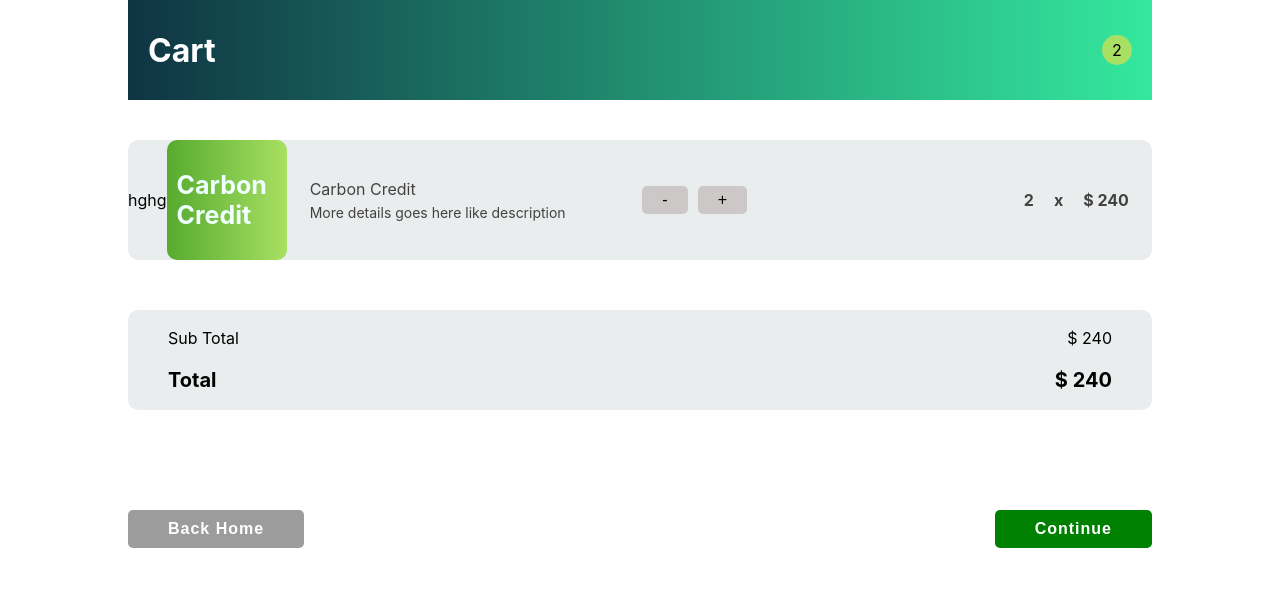
Repository: Yowani24/CarbonApp
Page: /cart
The author's editor kept a copy of each file at every save. The page is drawn from the files as they stood at one save, then again after the next save.
The browser window is 1280 px wide. The pictures show the whole page.
The project was rebuilt for these pictures with package versions that can differ from the ones it lists, and the page was loaded fresh each time. The framework's server and built-in components were replaced by stand-ins that run in the browser. Also part of the build but not shown: next.config.js.

Above is the page before, as saved 2021-09-27 12:13:14.

### pages/_app.js
import { useState } from 'react';
import '../styles/globals.css'
import { CreditProvider } from './products/CreditList'

function MyApp({ Component, pageProps }) {
  return (
    <CreditProvider>
      <Component {...pageProps} />
    </CreditProvider>
  );
}

export default MyApp

### pages/cart/index.js
import React from 'react';
import Head from 'next/head'

import styles from './Cart.module.css'
import Link from 'next/link'

import { CreditList } from '../products/CreditList'
import { useContext } from 'react'

export default function Cart(props) {
    const {cartContent} = useContext(CreditList);
    const [cartItems, setCartItems] = cartContent;
    return (
        <>
          <Head>
              <title>Cart</title>
          </Head>
          <header>
              <div className={styles.interface}>
                    <div className={styles.header_content}>
                        <h1>Cart</h1>
                        <p>2</p>
                    </div>
              </div>
          </header>

          <section>
              <div className={styles.interface}>
                  <div className={styles.boxes}>
                      <div className={styles.content_box}>
                          hghg
                          <div className={styles.box}>
                              <h3>Carbon Credit</h3>
                          </div>

                          <div className={styles.product_details}>
                            <div className={styles.description}>
                                <p>Carbon Credit</p>
                                <p>More details goes here like description</p>
                            </div>

                            <div className={styles.details_wrapper}>
                                <div className={styles.quantity_controls}>
                                    <button>-</button>
                                    <button>+</button>
                                </div>

                                <div className={styles.current_money}>
                                    <p>2</p>
                                    <span>x</span>
                                    <p>$ 240</p>
                                </div>
                            </div>
                          </div>
                      </div>
                  </div>

                  <div className={styles.total_to_pay_box}>
                      <span>
                          <p>Sub Total</p>
                          <p>$ 240</p>
                      </span>
                      <span>
                          <p>Total</p>
                          <p>$ 240</p>
                      </span>
                  </div>

                  <div className={styles.button_box}>
                      <Link href="/"><button>Back Home</button></Link>
                      <Link href="/payment"><button>Continue</button></Link>
                  </div>
              </div>
          </section>
        </>
    )
}

### styles/globals.css
html,
body {
  padding: 0;
  margin: 0;
  font-family: -apple-system, BlinkMacSystemFont, Segoe UI, Roboto, Oxygen,
    Ubuntu, Cantarell, Fira Sans, Droid Sans, Helvetica Neue, sans-serif;
}

a {
  color: inherit;
  text-decoration: none;
}

* {
  margin: 0;
  box-sizing: border-box;
}

### pages/products/CreditList.js
import React, { useState, createContext } from 'react';

export const CreditList = createContext();

export const CreditProvider = (props) => {
    const [credit, setCredit] = useState([
        {
            id: 1,
            product: 'Carbon Credit',
            price: 120,
            description: 'More details goes here like description'
        },
        {
            id: 2,
            product: 'Carbon Credit',
            price: 120,
            description: 'More details about the product'
        },
        {
            id: 3,
            product: 'Carbon Credit',
            price: 120,
            description: 'More details for the item'
        },
        {
            id: 4,
            product: 'Carbon Credit',
            price: 120,
            description: 'More details to provide about carb cred'
        }

    ]);

    const [cartItems, setCartItems] = useState([
        {
            id: 1,
            product: 'Carbon Credit',
            price: 120,
            description: 'More details goes here like description'
        },
        {
            id: 1,
            product: 'Carbon Credit',
            price: 120,
            description: 'More details goes here like description'
        }
    ]);

    return (
        <CreditList.Provider value={{credits:[credit, setCredit], cartContent:[cartItems, setCartItems] }}>
            {props.children}
        </CreditList.Provider>
    );
}

### pages/cart/Cart.module.css
.interface{
    width: 80%;
    margin: 0 auto;
}

@media (max-width: 780px){
    .interface{
        width: 100%;
    }
}

/* =================HEADER================ */

.header_content{
    display: flex;
    justify-content: space-between;
    align-items: center;
    height: 100px;
    padding: 0 20px;

    background: #34e89e;
    background: -webkit-linear-gradient(to right, #0f3443, #34e89e);
    background: linear-gradient(to right, #0f3443, #34e89e);
}
.header_content h1{
    color: #FFFFFF;
}
.header_content p{
    display: flex;
    justify-content: center;
    align-items:center;
    width: 30px;
    height: 30px;
    border-radius: 100%;
    background: #a8e063;
}

@media (max-width:415px){
    .header_content{
        height: 80px;
    }
}

/* ============================== */
.boxes{
    margin-top: 40px;
}
.content_box{
    width: 100%;
    height: 120px;
    background:rgb(233, 237, 238);
    border-radius: 10px;

    display: flex;
    align-items:center;
}
.box{
    width: 120px;
    height: 100%;
    border-radius: 10px;

    background: #00467F;
    background: -webkit-linear-gradient(to right, #56ab2f , #a8e063);
    background: linear-gradient(to right, #56ab2f , #a8e063);


    display: flex;
    justify-content: center;
    align-items: center;
}
.box h3{
    font-size: 25px;
    width: 100px;
    color: azure;
}
.product_details{
    display: flex;
    justify-content: space-between;
    align-items: center;
    width: 80%;
    margin: 0 auto;
    color: hsl(0, 2%, 26%);
}
.description p:nth-child(2){
    margin-top: 5px;
    font-size: 14px;
}
.details_wrapper{
    width: 60%;

    display: flex;
    align-items: center;
    justify-content: space-between;
}
.quantity_controls button{
    border: none;
    padding: 5px 20px;
    margin: 0 5px;
    border-radius: 5px;
    font-size: 16px;
    background: rgb(204, 200, 200);
    cursor: pointer;
}
.quantity_controls button:active{
    background: rgb(148, 146, 146);
}
.current_money{
    display: flex;
    font-size: 16px;
    font-weight: bold;
}
.current_money span{
    padding: 0 20px;
}

@media (max-width: 780px){
    .content_box{
        height: 120px;
        width: 90%;
        margin: 0 auto;
    }
    .details_wrapper{
        width: 50%;
        margin: 0 auto;
        margin-top: 10px;
    }
}
@media (max-width: 415px){
    .content_box{
        height: 80px;
    }
    .box{
        width: 80px;
    }
    .box h3{
        font-size: 16px;
        width: 60px;
        color: azure;
    }

    .product_details{
        justify-content: center;
        flex-direction: column;
        width: 60%;
    }
    .description{
        width: 100%;
    }
    .description p:first-child{
        font-size: 14px;
    }
    .description p:nth-child(2){
        margin-top: 2px;
        font-size: 9px;
    }
    .details_wrapper{
        width: 100%;
        margin-top: 10px;
    }
    .quantity_controls button{
        padding: 5px 10px;
    }
    .current_money span{
        padding: 0 5px;
    }
}


/* ==================================== */

.total_to_pay_box{
    width: 100%;
    height: 100px;
    background:rgb(233, 237, 238);
    border-radius: 10px;

    display: flex;
    flex-direction: column;
    justify-content: center;
    margin-top: 50px;
    padding: 0 40px;
}

.total_to_pay_box span{
    display: flex;
    justify-content: space-between;
    margin: 10px 0;
}
.total_to_pay_box span:nth-child(2){
    font-weight: bold;
    font-size: 20px;
}

@media (max-width: 780px){
    .total_to_pay_box{
        height: 100px;
        width: 90%;
        margin: 0 auto;
        margin-top: 50px;
    }
}

@media (max-width: 460px){
    .total_to_pay_box{
        height: 80px;
    }
    .total_to_pay_box span{
        margin: 5px 0;
    }
    .total_to_pay_box span:first-child{
        font-size: 14px;
    }
    .total_to_pay_box span:nth-child(2){
        font-size: 16px;
    }
}



/* ===================================== */


.button_box{
    display: flex;
    justify-content: space-between;
    margin-top: 100px;
}
.button_box button:first-child{
    background: rgb(156, 156, 156);
}
.button_box button:first-child:hover{
    background: rgb(122, 120, 120);
}
.button_box button:first-child:active{
    background: rgb(187, 184, 184);
}
.button_box button{
    border: none;
    background: green;
    padding: 10px 40px;
    font-size: 16px;
    color: #FFFFFF;
    letter-spacing: 1px;
    border-radius: 5px;
    cursor: pointer;
    transition: .1s;
    font-weight: bold;
}
.button_box button:nth-child(2):hover{
    background: rgb(1, 92, 1);
}
.button_box button:nth-child(2):active{
    background: rgb(13, 131, 13);
}

@media (max-width: 780px){
    .button_box{
        width: 90%;
        margin: 0 auto;
        margin-top: 40px;
    }
    .button_box button{
        padding: 16px 50px;
        font-size: 16px;
    }
}

@media (max-width: 460px){
    .button_box button{
        padding: 10px 25px;
        font-size: 14px;
    }
}

After the next save:
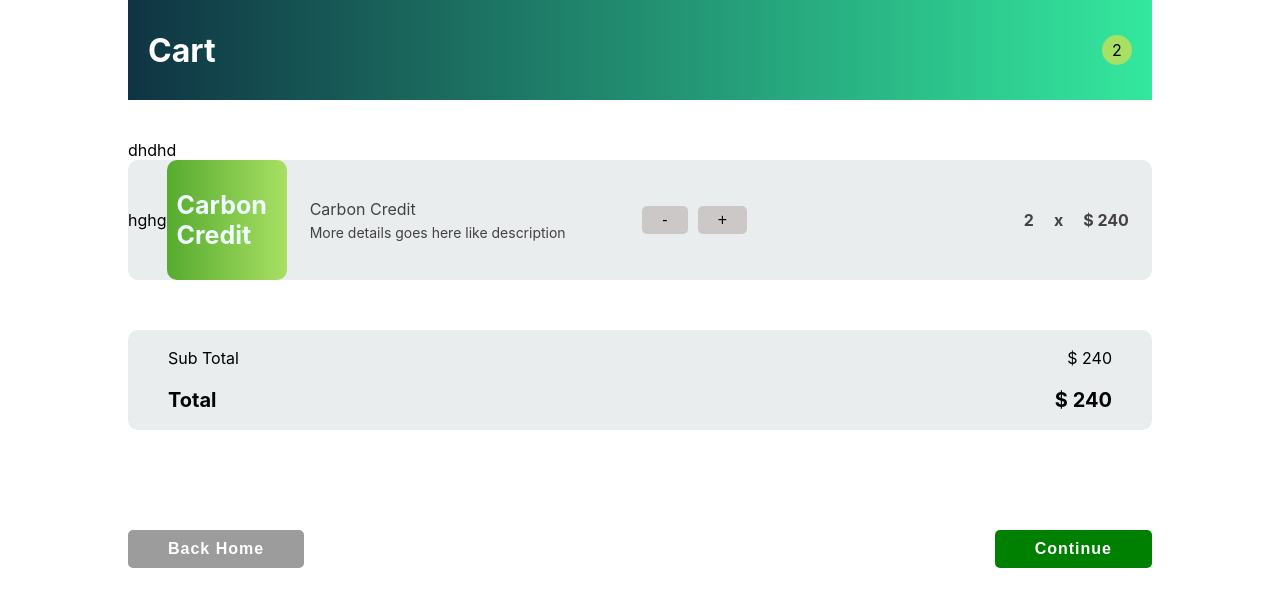
Saved 8 s later.
--- a/pages/cart/index.js
+++ b/pages/cart/index.js
@@ -27,6 +27,7 @@ export default function Cart(props) {
           <section>
               <div className={styles.interface}>
                   <div className={styles.boxes}>
+                      dhdhd
                       <div className={styles.content_box}>
                           hghg
                           <div className={styles.box}>
